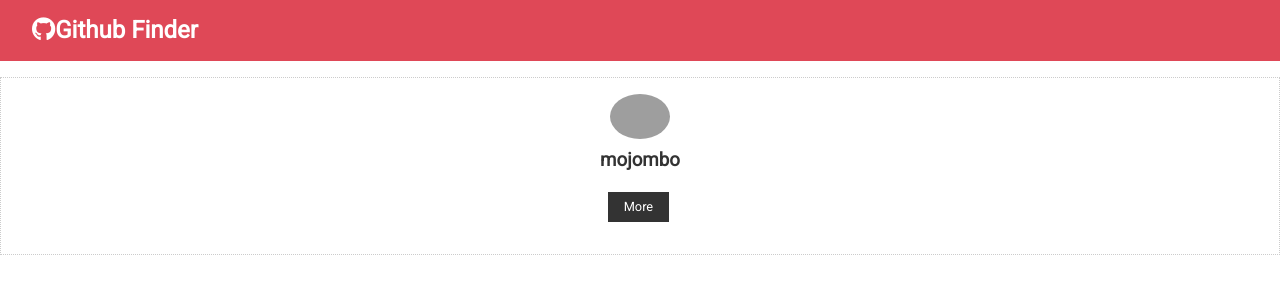
Repository: messimacky/github-finder
Page: /
The author's editor kept a copy of each file at every save. The page is drawn from the files as they stood at one save, then again after the next save.
The browser window is 1280 px wide. The pictures show the whole page.
Pictures or frames that could not be fetched are drawn as grey boxes. Some web libraries are served in a nearby version. The project was rebuilt for these pictures with package versions that can differ from the ones it lists, and the page was loaded fresh each time.

Above is the page before, as saved 2022-02-21 15:20:14.

### public/index.html
<!DOCTYPE html>
<html lang="en">
  <head>
    <meta charset="utf-8" />
    <link rel="icon" href="%PUBLIC_URL%/favicon.ico" />
    <meta name="viewport" content="width=device-width, initial-scale=1" />
    <meta name="theme-color" content="#000000" />
    <meta
      name="description"
      content="Web site created using create-react-app"
    />
    <link rel="apple-touch-icon" href="%PUBLIC_URL%/logo192.png" />

    <link rel="manifest" href="%PUBLIC_URL%/manifest.json" />

    <link
    rel="stylesheet"
    href="https://use.fontawesome.com/releases/v5.8.2/css/all.css"
    integrity="sha384-oS3vJWv+0UjzBfQzYUhtDYW+Pj2yciDJxpsK1OYPAYjqT085Qq/1cq5FLXAZQ7Ay"
    crossorigin="anonymous"
  />

    <title>React App</title>
  </head>
  <body>
    <noscript>You need to enable JavaScript to run this app.</noscript>
    <div id="root"></div>
  </body>
</html>

### src/App.js
import React, { Component, Fragment } from 'react';
import Navbar from './components/layout/Navbar';
import UserItem from './users/UserItem';
import './App.css';

class App extends React.Component {

render(){
  const numbers=[1, 2, 3, 4];
 return (
    <div className='App'>
   <Navbar />
   <UserItem />

    </div>
  );
}


}

export default App;

### src/components/layout/Navbar.js
import React, { Component } from 'react'
import PropTypes from 'prop-types';
export class Navbar extends Component {
    static defaultProps={
        title: "Github Finder",
        icon:"fab fa-github"
      }

    static propTypes = {
        title:PropTypes.string.isRequired,
        icon:PropTypes.string.isRequired
    };
  render() {
    return (
      <nav className='navbar bg-primary'>
      <h1>
      <i className={this.props.icon} />
      {this.props.title}

      </h1>
       </nav>
    )
  }
}

export default Navbar

### src/users/UserItem.js
import React, { Component } from 'react'

 class UserItem extends Component {
    state={
        id:1,
        login: 'mojombo',
        avatar_url: 'https://avatars.githubusercontent.com/u/1?v=4',
        html_url: 'https://github.com/mojombo'
    };
  render() {

    const {login, avatar_url, html_url} = this.state;
    return (
      <div className='card text-center'>
      <img src={avatar_url} alt=''
      className='round-img'
      style={{width:'60px' }}
      />
      <h3>{login}</h3>
      <div>
      <a href={html_url} className="btn btn-dark btn-sm my-1">More</a>
      </div>

      </div>
    )
  }
}

export default UserItem

Loaded but not shown: src/index.js (common file); src/App.css (common file)

After the next save:
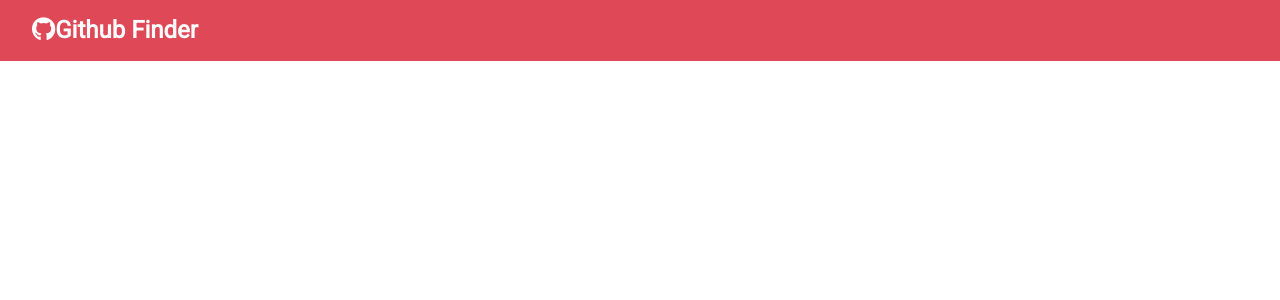
Saved 33 min 7 s later.
--- a/src/App.js
+++ b/src/App.js
@@ -10,7 +10,7 @@
  return (
     <div className='App'>
    <Navbar />
-   <UserItem />
+
 
     </div>
   );

After the save that followed:
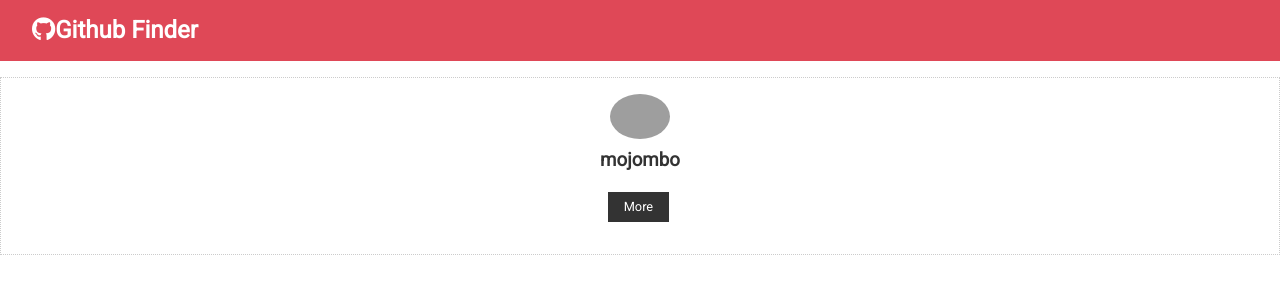
Saved 10 s later.
--- a/src/App.js
+++ b/src/App.js
@@ -10,7 +10,7 @@
  return (
     <div className='App'>
    <Navbar />
-
+   <UserItem />
 
     </div>
   );
